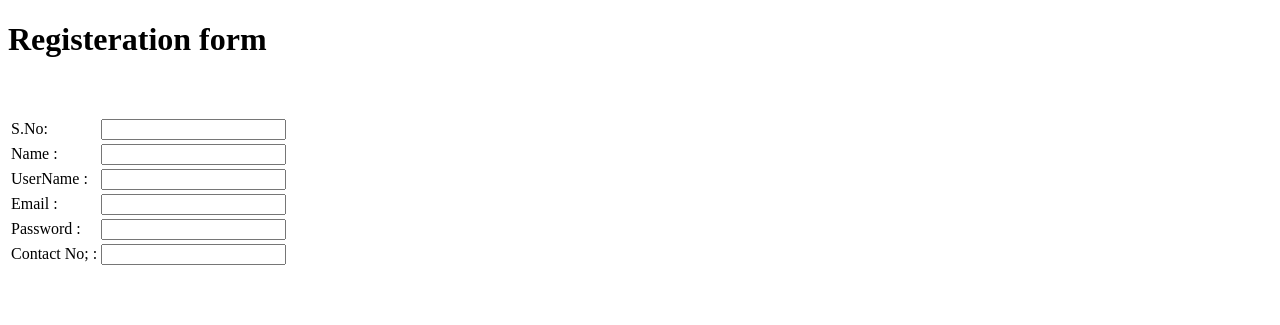
Repository: Vkrishna9135/JSP-2ND-TIME
Page: SERVLETS_FOLDER/Register_Loginvalidation/src/main/webapp/Registeration.html
An editor plug-in stored every save of this project. The page is shown before and after the next save, followed by the edit.
The browser window is 1280 px wide. The pictures show the whole page.

Above is the page before, as saved 2023-04-11 17:37:25.

After the next save:
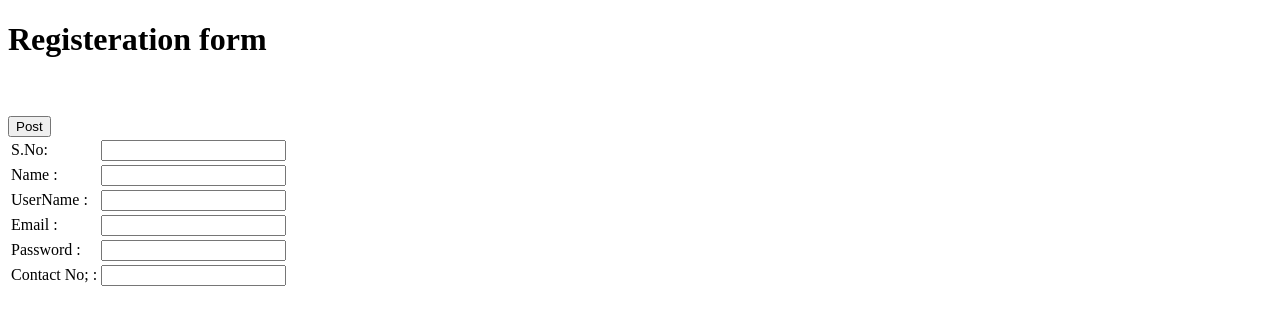
Saved 97 s later.
--- a/SERVLETS_FOLDER/Register_Loginvalidation/src/main/webapp/Registeration.html
+++ b/SERVLETS_FOLDER/Register_Loginvalidation/src/main/webapp/Registeration.html
@@ -37,6 +37,8 @@
                 <td><input type="number" name="cn"></td>
                </tr>
 
+               <tr><input type="submit" value="Post"></tr>
+
             </table>
         </form>
 
